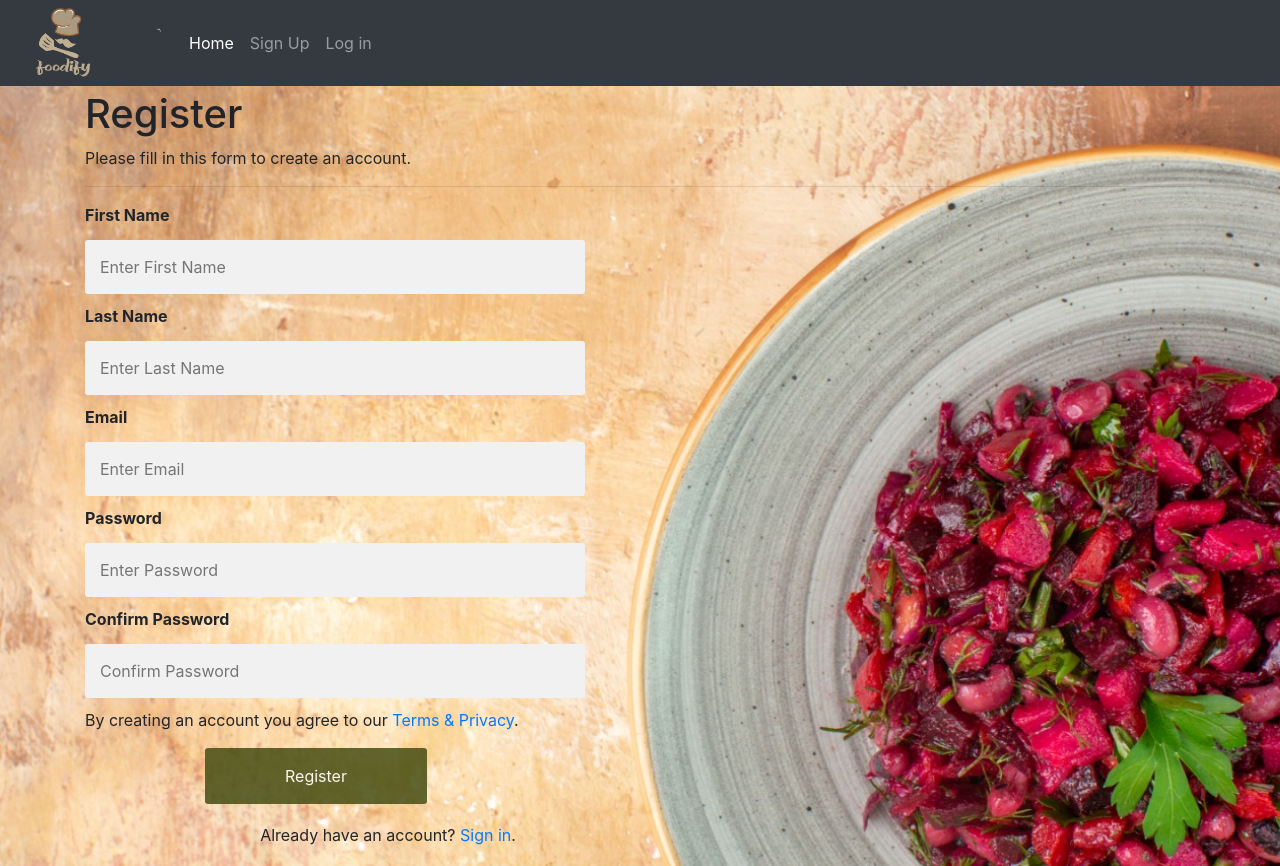
Repository: RanaHisham18/Foodify-Web-App
Page: http://localhost/Project IA raghda/register.php
These files come from the project's save history. The page is drawn as it stood at one moment and after the next save; the edit follows.
The browser window is 1280 px wide. The pictures show the whole page.
The page is run by PHP 8.4 with error messages shown; the project is at /var/www/html/.

Above is the page before, as saved 2022-01-07 14:26:51.

After the next save:
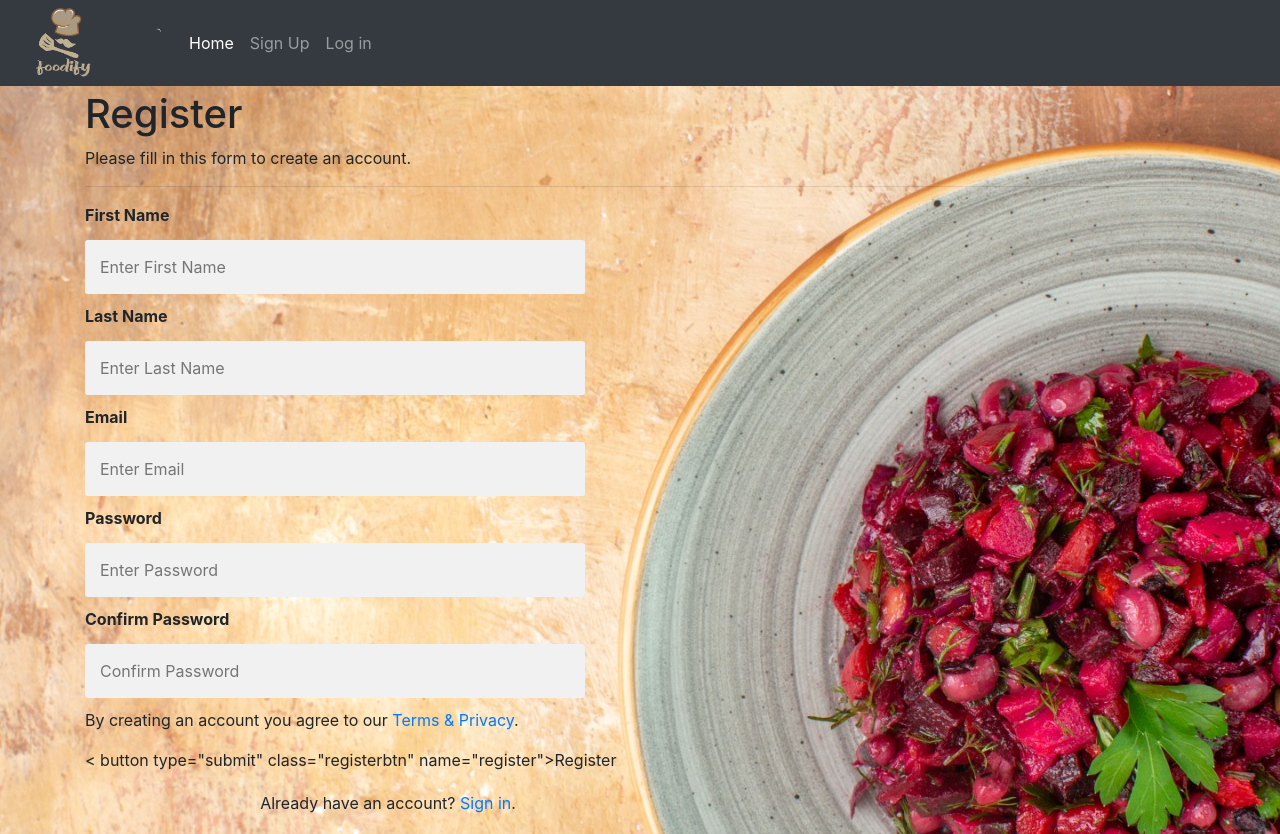
Saved 26 s later.
--- a/Project IA raghda/register.php
+++ b/Project IA raghda/register.php
@@ -83,7 +83,7 @@
 
         <p>By creating an account you agree to our <a href="#">Terms & Privacy</a>.</p>
 
-        <button type="submit" class="registerbtn" name="register">Register</button>
+        <   button type="submit" class="registerbtn" name="register">Register</>
       </div>
 
       <div class=" signin">
